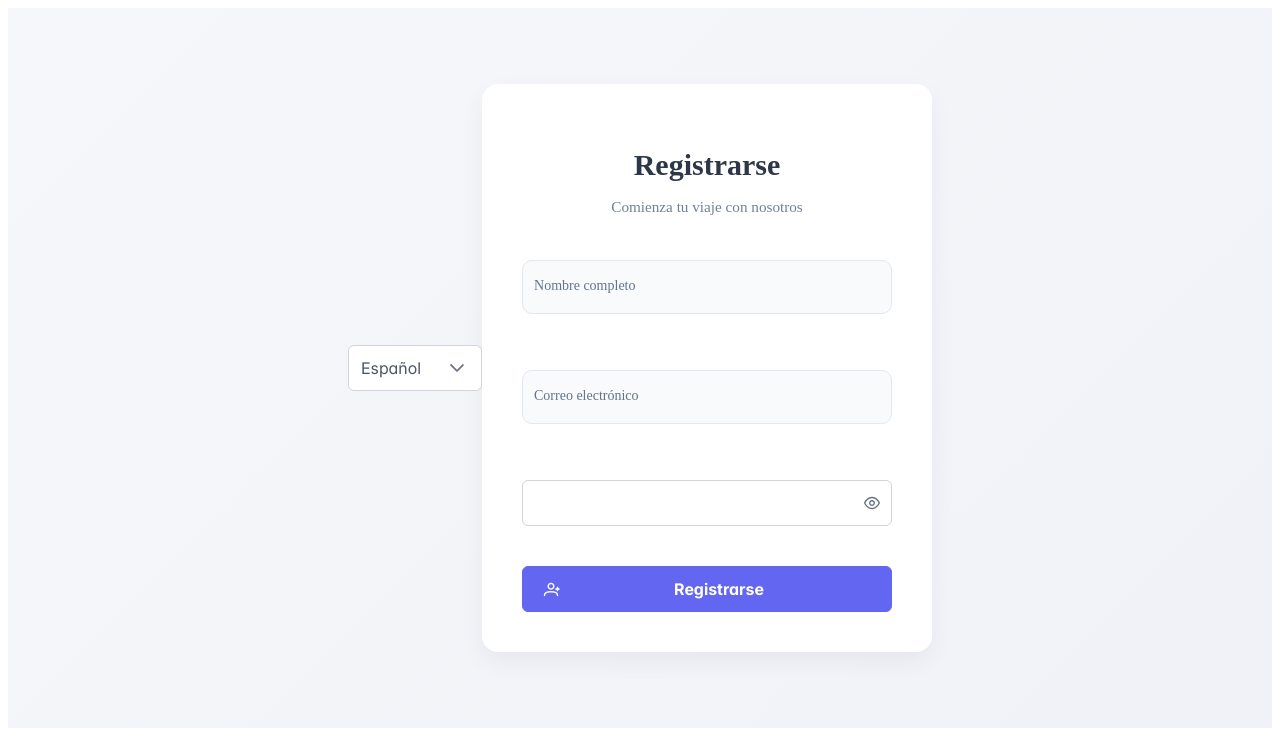
Repository: nder1996/Info_Colombia
Page: /Registro (app in fronted/gestion-tareas/)
An editor plug-in stored every save of this project. The page is shown before and after the next save, followed by the edit.
The browser window is 1280 px wide. The pictures show the whole page.
The project was rebuilt for these pictures with package versions that can differ from the ones it lists, and the page was loaded fresh each time. Also part of the build but not shown: fronted/gestion-tareas/src/routes/ProtectedRoute.tsx, fronted/gestion-tareas/src/services/GestionTareasService.ts, fronted/gestion-tareas/src/services/SummaryServices.ts, fronted/gestion-tareas/src/services/UsuarioService.ts, fronted/gestion-tareas/src/services/WebSocketService.ts, fronted/gestion-tareas/src/hooks/useNotifications.ts, fronted/gestion-tareas/src/components/gestion-tareas/GestionTareas.tsx, fronted/gestion-tareas/src/components/InicioSession/InicioSession.tsx.

Above is the page before, as saved 2025-02-24 02:58:48.

After the next save:
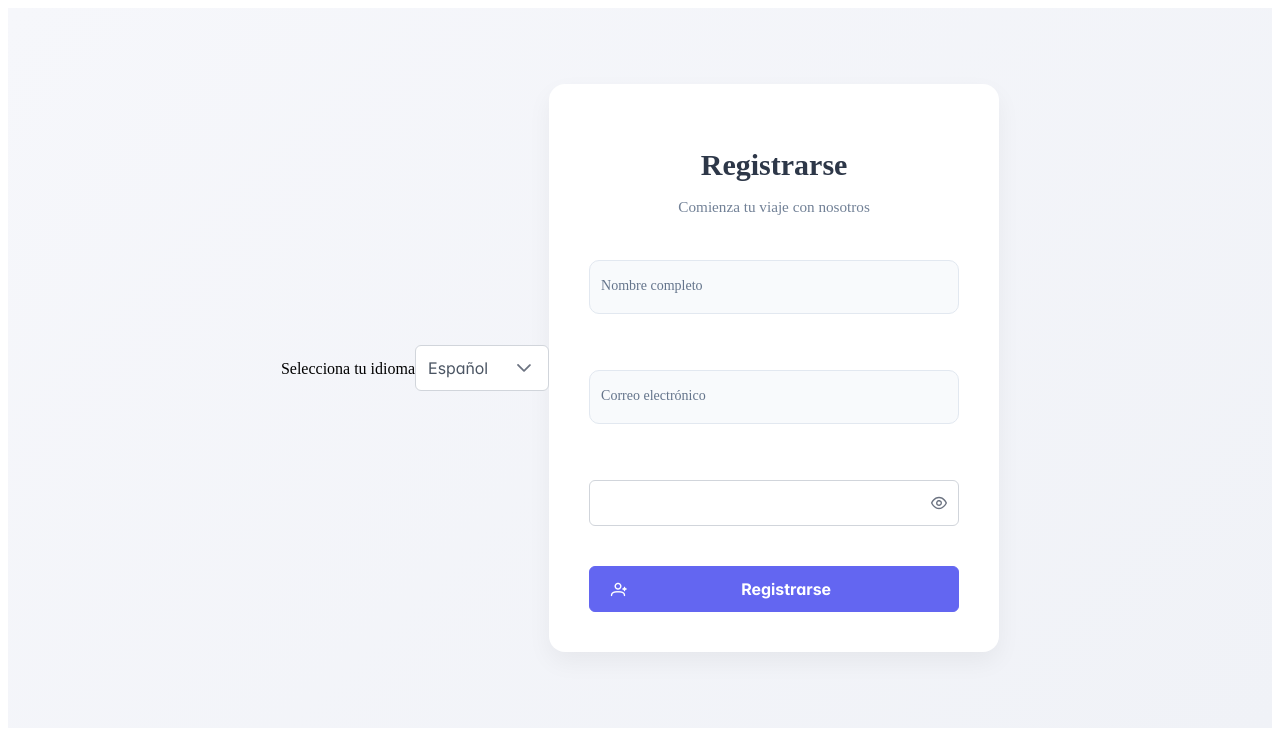
Saved 2 min 7 s later.
--- a/fronted/gestion-tareas/src/components/navbar-idioma/navbar-idioma.tsx
+++ b/fronted/gestion-tareas/src/components/navbar-idioma/navbar-idioma.tsx
@@ -11,13 +11,23 @@ const NavbarIdioma = () => {
   ];
 
   return (
-    <Dropdown
-      value={language}
-      options={options}
-      onChange={(e) => changeLanguage(e.value)}
-      optionLabel="label"
-      className="w-14rem"
-    />
+    <div className="flex flex-col gap-2">
+      <label className="text-sm font-medium">Selecciona tu idioma</label>
+      <Dropdown
+        value={language}
+        options={options}
+        onChange={(e) => changeLanguage(e.value)}
+        optionLabel="label"
+        className="w-56"
+        placeholder="Seleccionar idioma"
+        itemTemplate={(option) => (
+          <div className="flex items-center gap-2">
+            <span>{option.flag}</span>
+            <span>{option.label}</span>
+          </div>
+        )}
+      />
+    </div>
   );
 };
 
